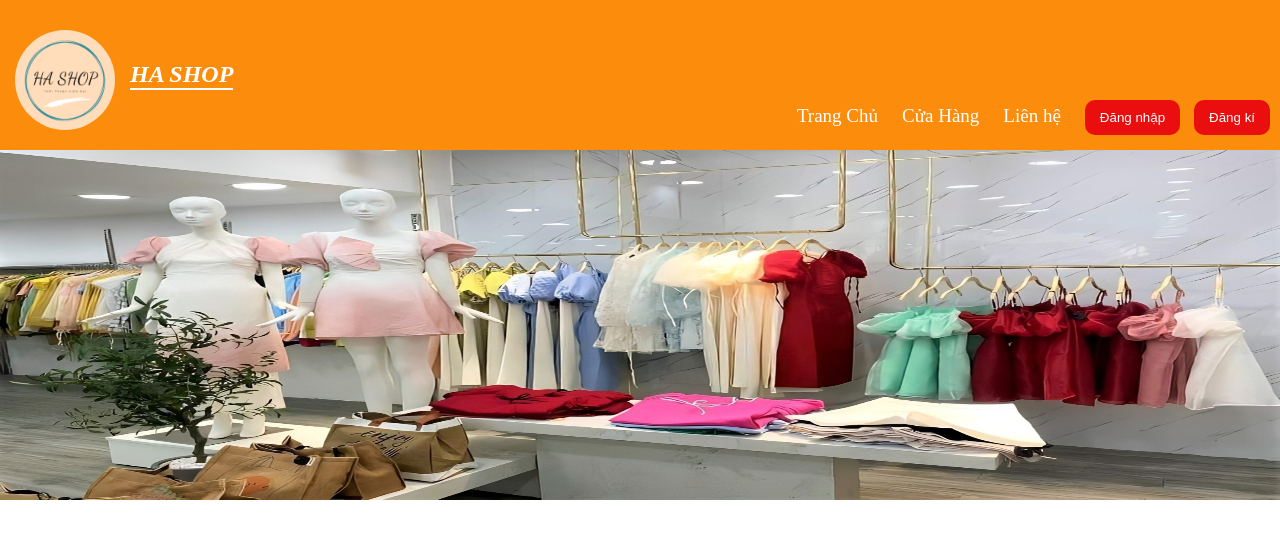
Repository: manhhieu120499/demo_page
Page: trangchu.html
The author's editor kept a copy of each file at every save. The page is drawn from the files as they stood at one save, then again after the next save.
The browser window is 1280 px wide. The pictures show the whole page.

Above is the page before, as saved 2023-02-16 16:30:58.

### trangchu.html
<!DOCTYPE html>
<html lang="en">

<head>
    <meta charset="UTF-8" />
    <meta http-equiv="X-UA-Compatible" content="IE=edge" />
    <meta name="viewport" content="width=device-width, initial-scale=1.0" />
    <title>Document</title>
    <link rel="stylesheet" href="./style_trangchu.css">
</head>

<body>
    <div class="wrap">
        <div class="header">
            <div class="left-header">
                <img src="./Thời trang hiện dại.png" alt="logo_shop" class="picture"/>
                <h2 class="shop_name">HA SHOP</h2>
            </div>

            <div class="right-header">
                <a href="#">Trang Chủ</a>
                <a href="#">Cửa Hàng</a>
                <a href="#">Liên hệ</a>

                <button>Đăng nhập</button>
                <button>Đăng kí</button>
            </div>
        </div>

        <div class="slide">
            <img src="./slide.jpg" alt="">
        </div>

        <div class="album">
            <div class="album_items">

            </div>
        </div>
    </div>
</body>

</html>

### style_trangchu.css
* {
    box-sizing: border-box;
    margin: 0;
}

body {
    width: 100vw;
    height: 100vh;
}

.header {
    width: 100%;
    height: 150px;
    background-color: #FC8D0C;
    display: flex;
    justify-content: space-between;
}

.left-header {
    display: flex;
    align-items: center;
}

.left-header h2 {
    color: white;
    border-bottom: 2px solid white;
    font-style: italic;
}

.left-header .picture {
    width: 100px;
    border-radius: 50%;
    margin-top: 10px;
    margin-left: 15px;
    margin-right: 15px;
}

.right-header {
    margin-top: 100px;
}

.right-header a {
    text-decoration: none;
    color: white;
    font-size: 19px;
    padding-right: 20px;
}

.right-header button {
    background-color: #EA0E0E;
    padding: 10px 15px;
    border-radius: 10px;
    border: none;
    margin-right: 10px;
    color: white;
}

/*Silde*/
.slide img {
    width: 100vw;
    height: 350px;
}

After the next save:
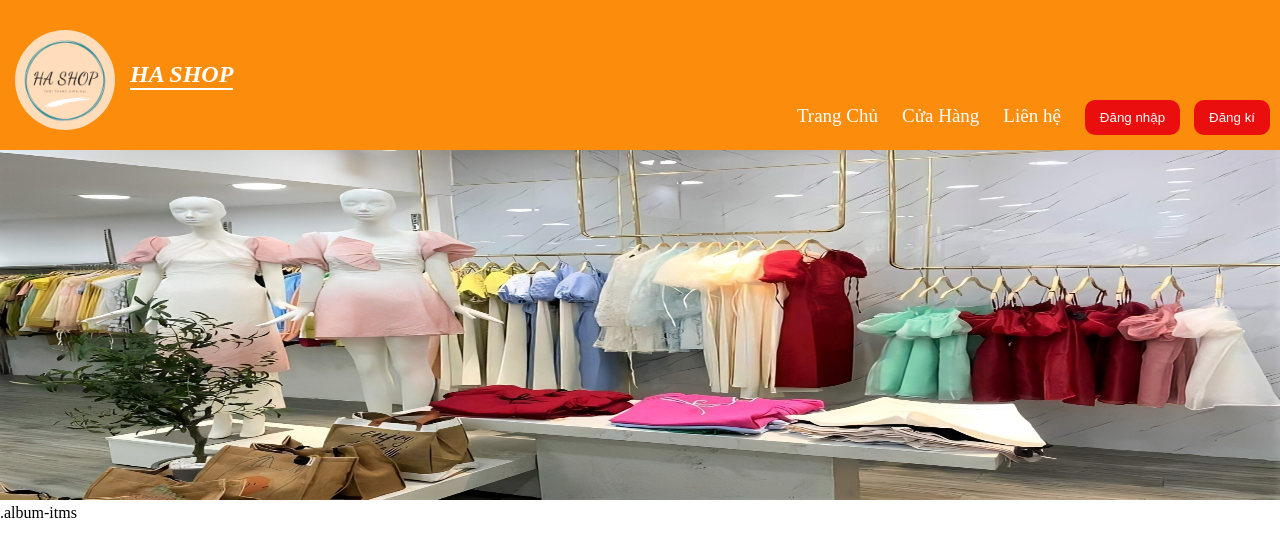
Saved 6 s later.
--- a/trangchu.html
+++ b/trangchu.html
@@ -35,6 +35,8 @@
             <div class="album_items">
 
             </div>
+
+            .album-itms
         </div>
     </div>
 </body>

After the save that followed:
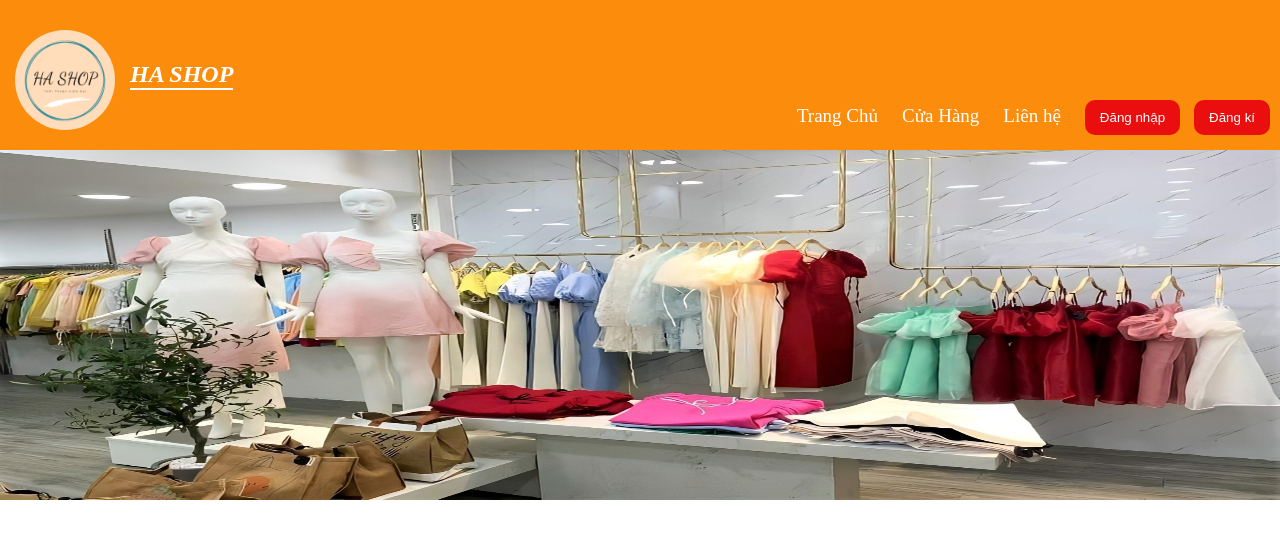
Saved 4 s later.
--- a/trangchu.html
+++ b/trangchu.html
@@ -36,7 +36,9 @@
 
             </div>
 
-            .album-itms
+            <div class="album-items">
+
+            </div>
         </div>
     </div>
 </body>
